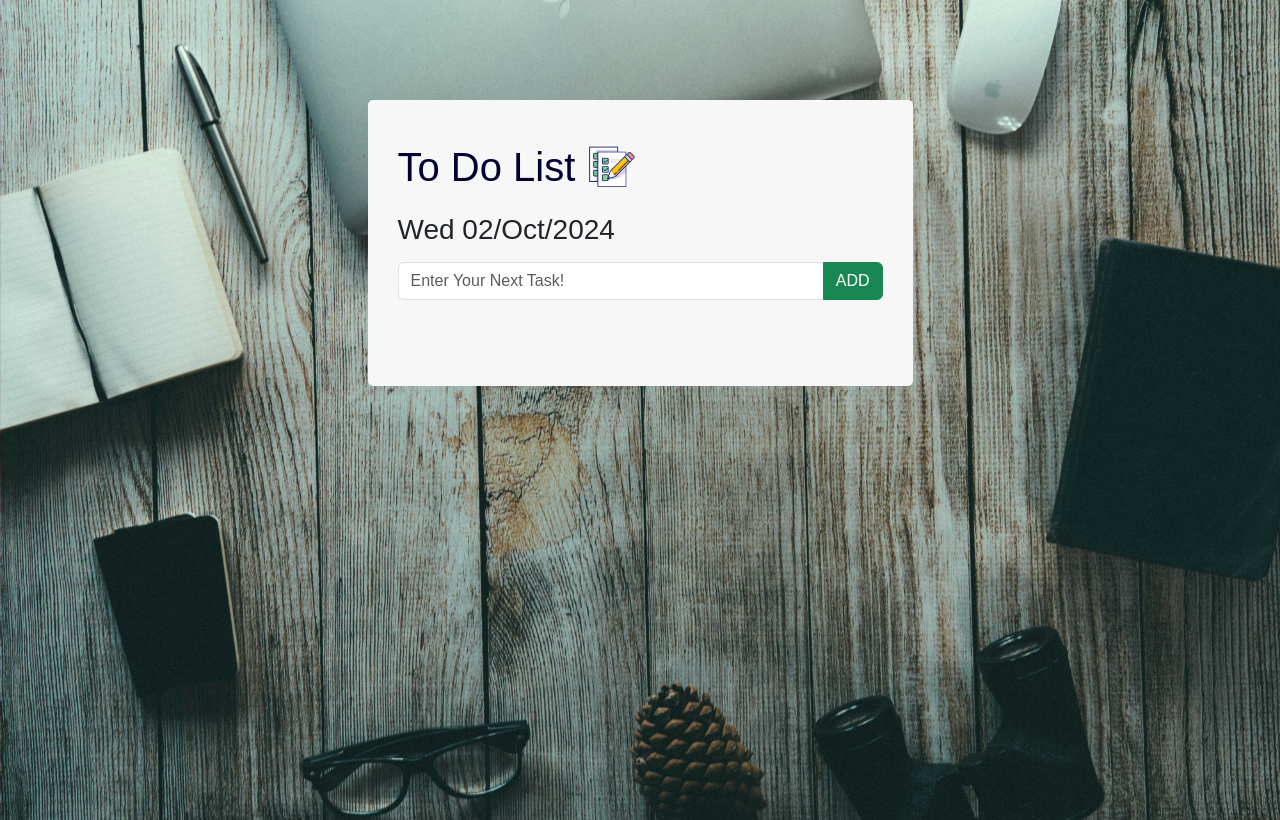
Repository: zeinawady/To_Do_List
Page: index.html
These files come from the project's save history. The page is drawn as it stood at one moment and after the next save; the edit follows.
The browser window is 1280 px wide. The pictures show the whole page.
Some web libraries are served in a nearby version.

Above is the page before, as saved 2024-10-02 02:45:39.

After the next save:
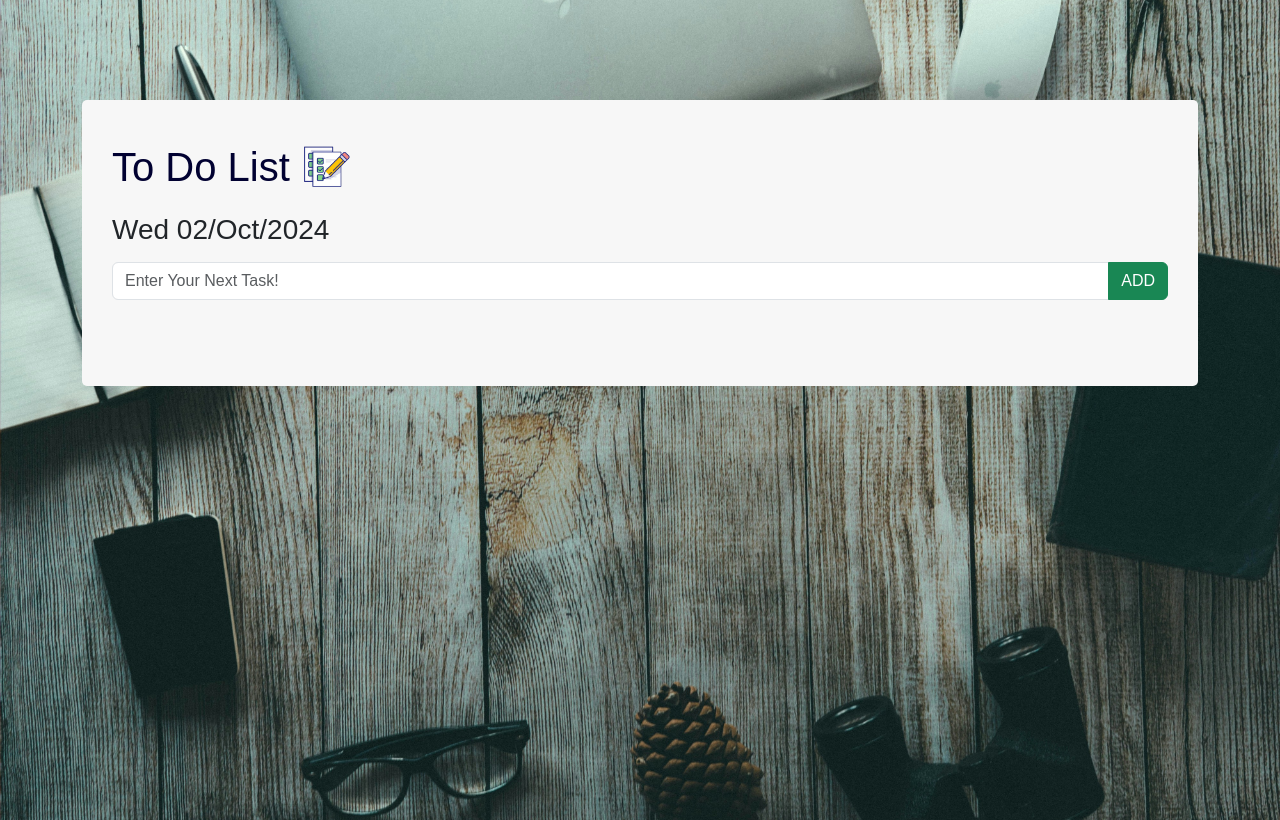
Saved 7 s later.
--- a/css/style.css
+++ b/css/style.css
@@ -22,7 +22,7 @@ body{
 
 
 .todo-app {
-    max-width: 545px;
+    /* max-width: 545px; */
     background-color: rgb(247, 247, 247);
     margin: 100px auto;
     padding: 40px 30px 70px;
